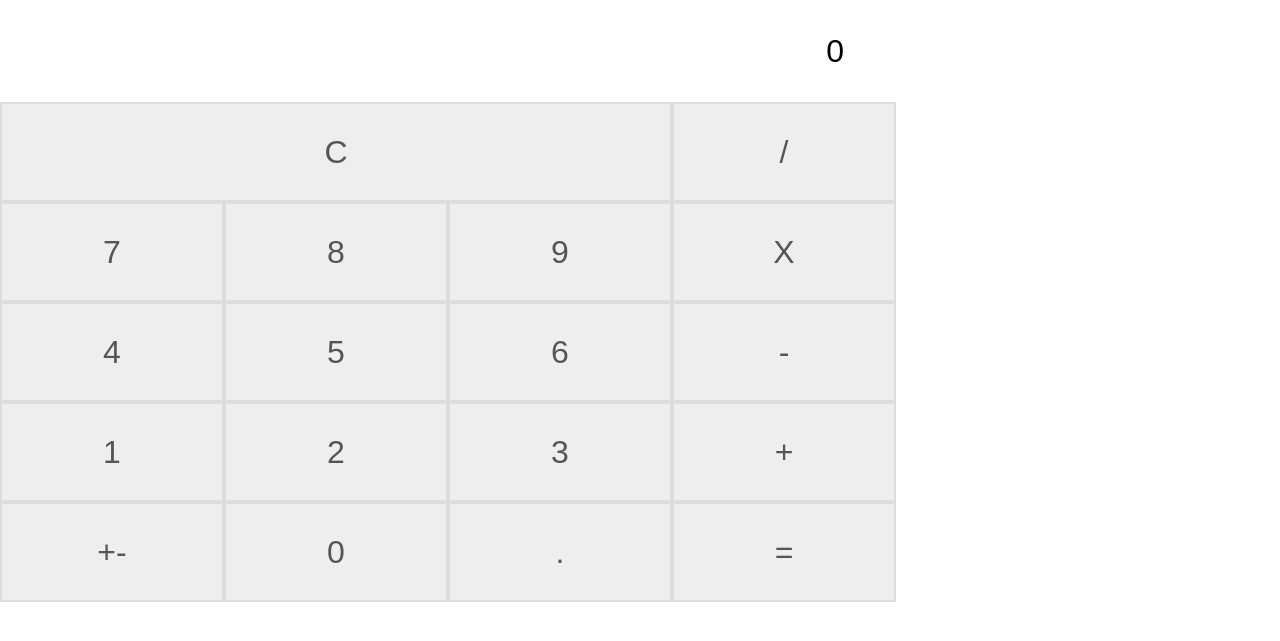
Repository: aaronmatei/react-calc
Page: /
These files come from the project's save history. The page is drawn as it stood at one moment and after the next save; the edit follows.
The browser window is 1280 px wide. The pictures show the whole page.
The project was rebuilt for these pictures with package versions that can differ from the ones it lists, and the page was loaded fresh each time.

Above is the page before, as saved 2019-12-13 11:04:28.

After the next save:
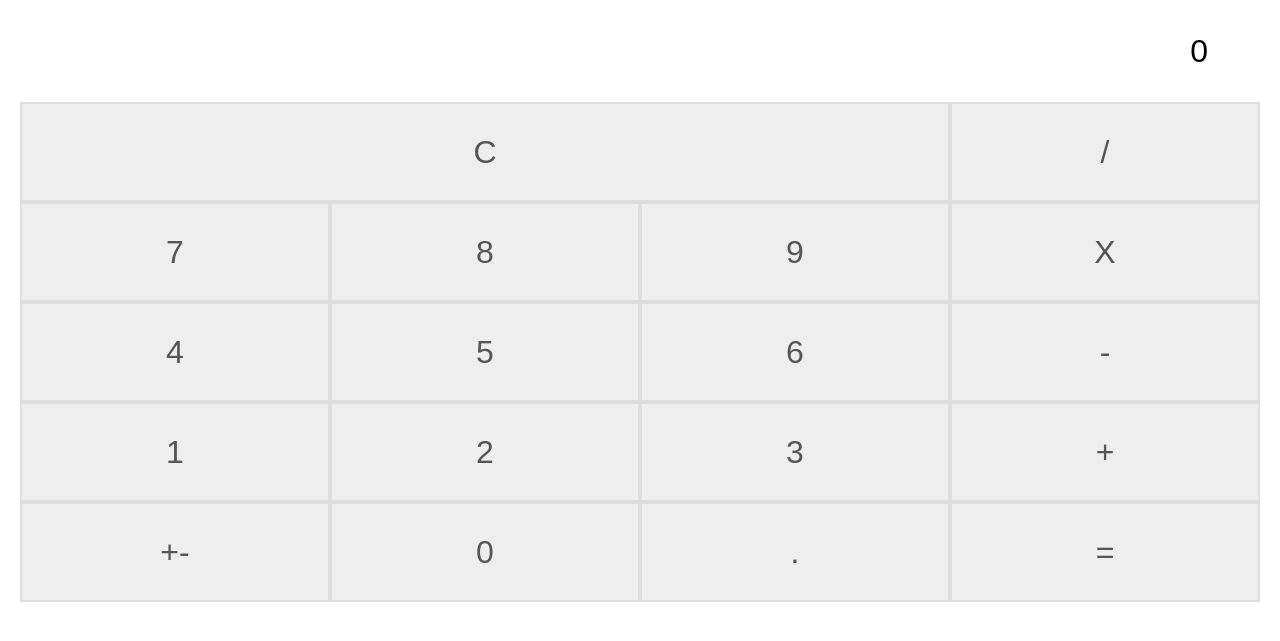
Saved 103 s later.
--- a/src/App.css
+++ b/src/App.css
@@ -1,5 +1,6 @@
 .App {
 	text-align: center;
 	align-items: center;
-	max-width: 70%;
+	padding-left: 20px;
+	padding-right: 20px;
 }
